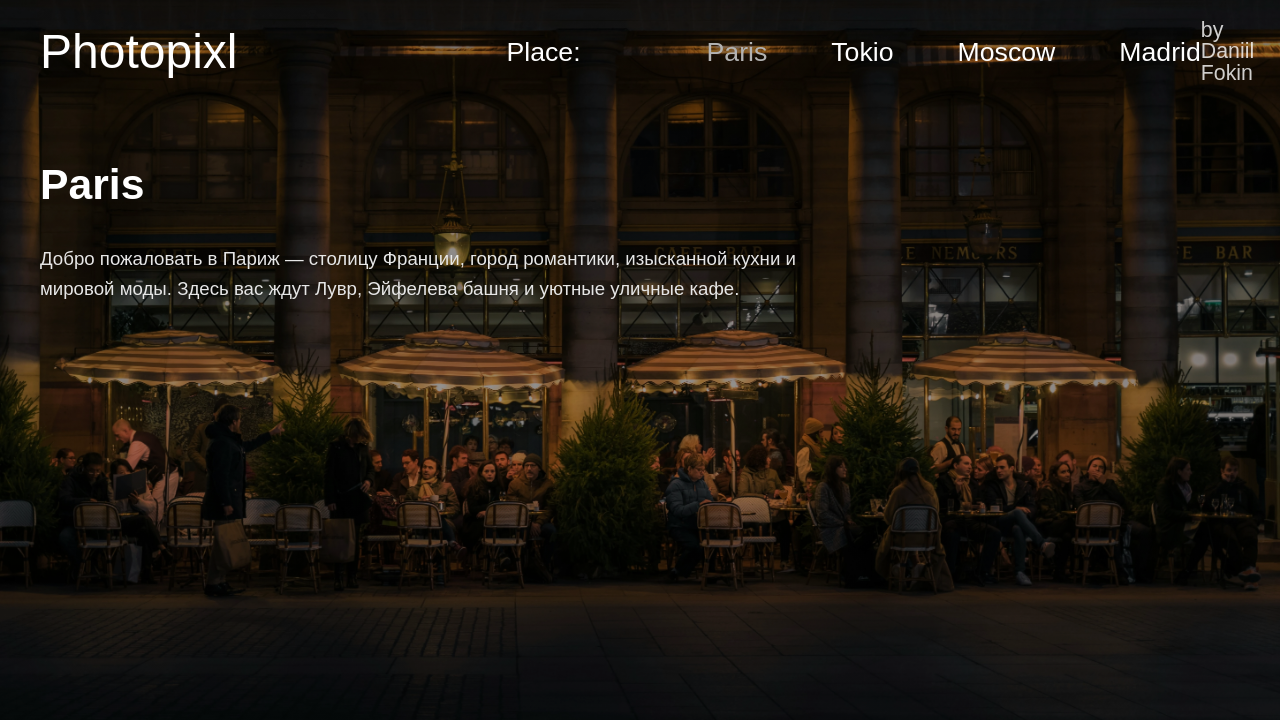
Repository: git-daniil/place-site
Page: index.html
An editor plug-in stored every save of this project. The page is shown before and after the next save, followed by the edit.
The browser window is 1280 px wide. The pictures show the whole page.
Backgrounds fixed to the window are drawn as part of the page. Some web fonts or font styles are not loaded; a fallback is used.

Above is the page before, as saved 2026-05-20 14:02:50.

After the next save:
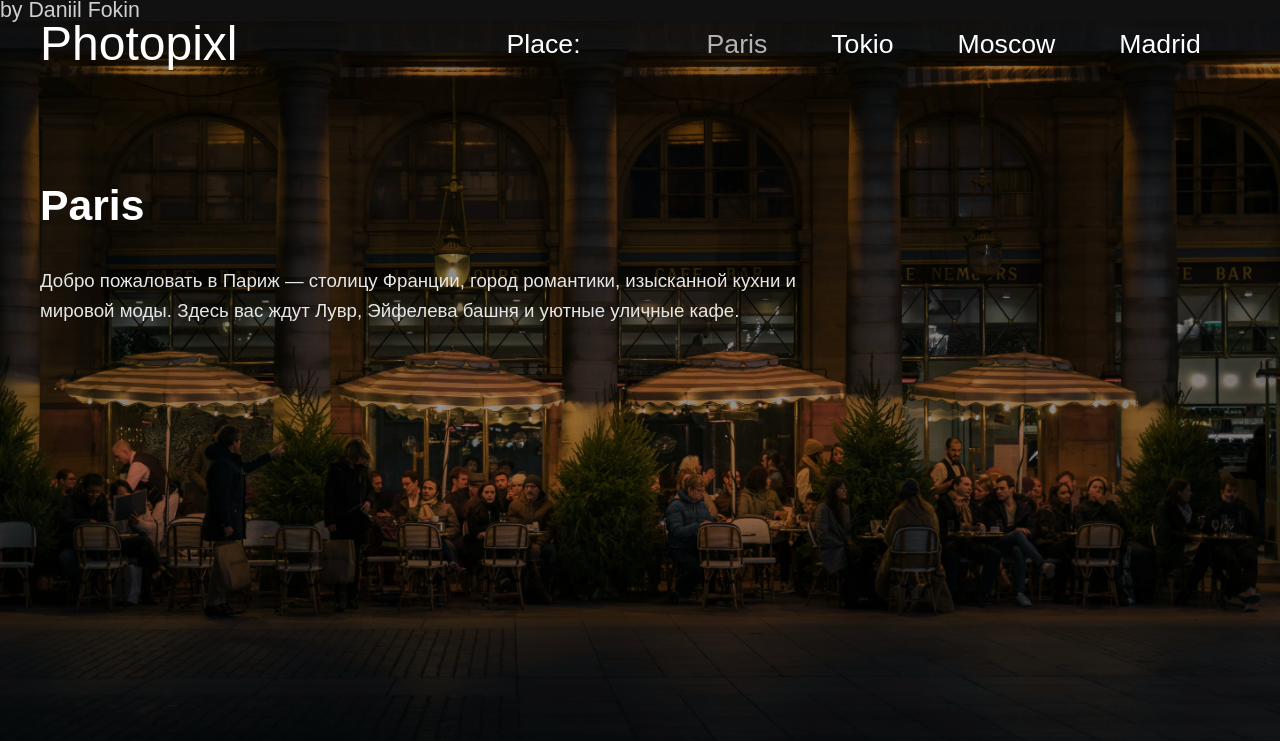
Saved 2 min 10 s later.
--- a/index.html
+++ b/index.html
@@ -16,6 +16,8 @@
         </div>
     </div>
 
+    <div class="author-label">by Daniil Fokin</div>
+
     <div class="page-wrapper">
         <nav class="navbar">
             <a href="index.html" class="logo">Photopixl</a>
@@ -26,7 +28,6 @@
                 <a href="moscow.html" class="city-link">Moscow</a>
                 <a href="madrid.html" class="city-link">Madrid</a>
             </div>
-            <div class="author-label">by Daniil Fokin</div>
         </nav>
 
         <section class="paris-bg-1 scroll-section">
@@ -46,7 +47,7 @@
         <section class="paris-bg-3 scroll-section">
             <main class="content-section anim-text">
                 <h1>Вечерние огни Сены</h1>
-                <p>Когда на город опускаются сумерки, тысячи огней отражаются в воде. Прогулка на речном трамвайчике откроет для вас совершенно другой, магический Париж.</p>
+                <p>Когда на город опускаются сумерки, тысячи огней отражаются in воде. Прогулка на речном трамвайчике откроет для вас совершенно другой, магический Париж.</p>
             </main>
         </section>
 
@@ -60,7 +61,7 @@
         <section class="paris-bg-5 scroll-section">
             <main class="content-section anim-text">
                 <h1>Триумфальная арка</h1>
-                <p>Величественный монумент на площади Шарля де Голля, ставший символом побед и национальной гордости Франции. Отсюда открывается один из лучших видов на Елисейские поля.</p>
+                <p>Величественный монумент на площади Шарля де Голля, ставший символом побед и национальной гордости Франции. Отсюда откроется один из лучших видов на Елисейские поля.</p>
             </main>
         </section>
 

After the save that followed:
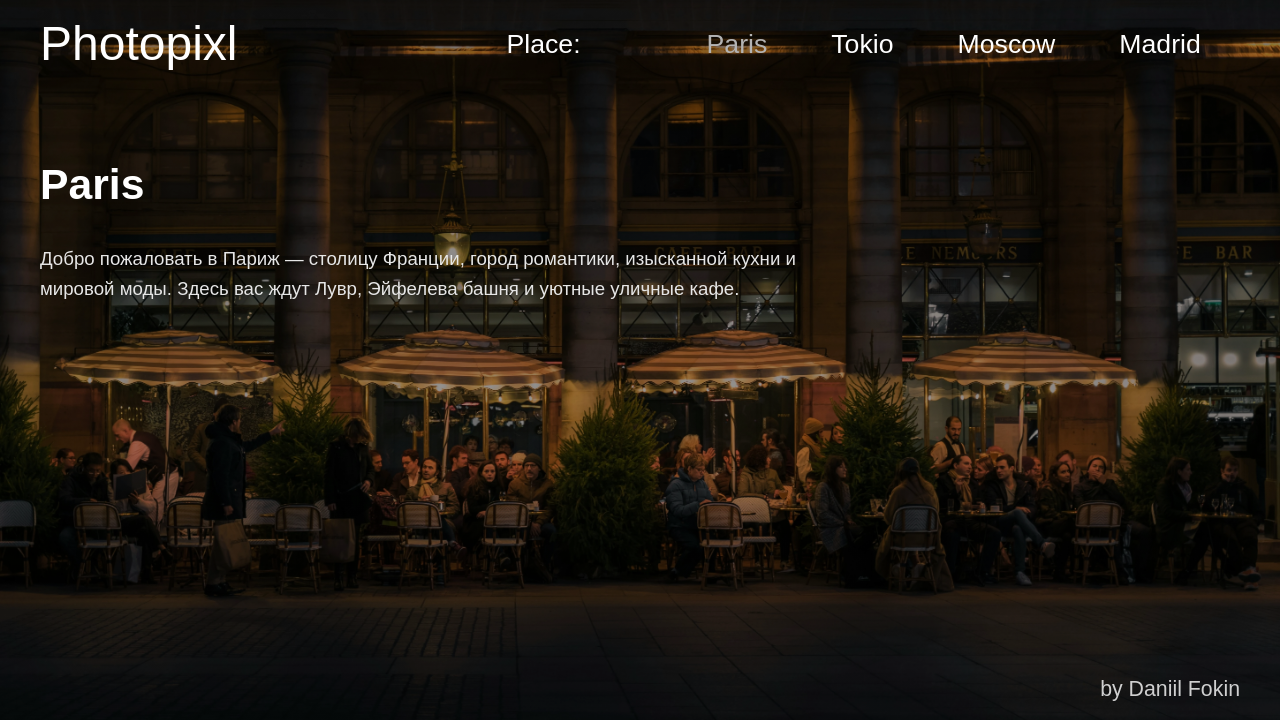
Saved 6 s later.
--- a/style.css
+++ b/style.css
@@ -171,12 +171,19 @@ body.paris-page .city-link.active {
     font-size: 16pt;
     color: #000000;
     line-height: 1;
-    margin-left: auto;
 }
 
 body.paris-page .author-label {
+    position: fixed;
+    bottom: 20px;
+    right: 40px;
     color: #ffffff;
     opacity: 0.8;
+    z-index: 10;
+}
+
+body.paris-page .page-wrapper:not(.loaded) ~ .author-label {
+    opacity: 0;
 }
 
 .content-section {
@@ -274,6 +281,6 @@ body.paris-page .content-section p {
 }
 
 ::selection {
-    background-color: rgb(28, 28, 28);
-    color: #ffffff;
-}
+    background-color: rgba(255, 255, 255, 0.15);
+    color: #ffffff;
+}
